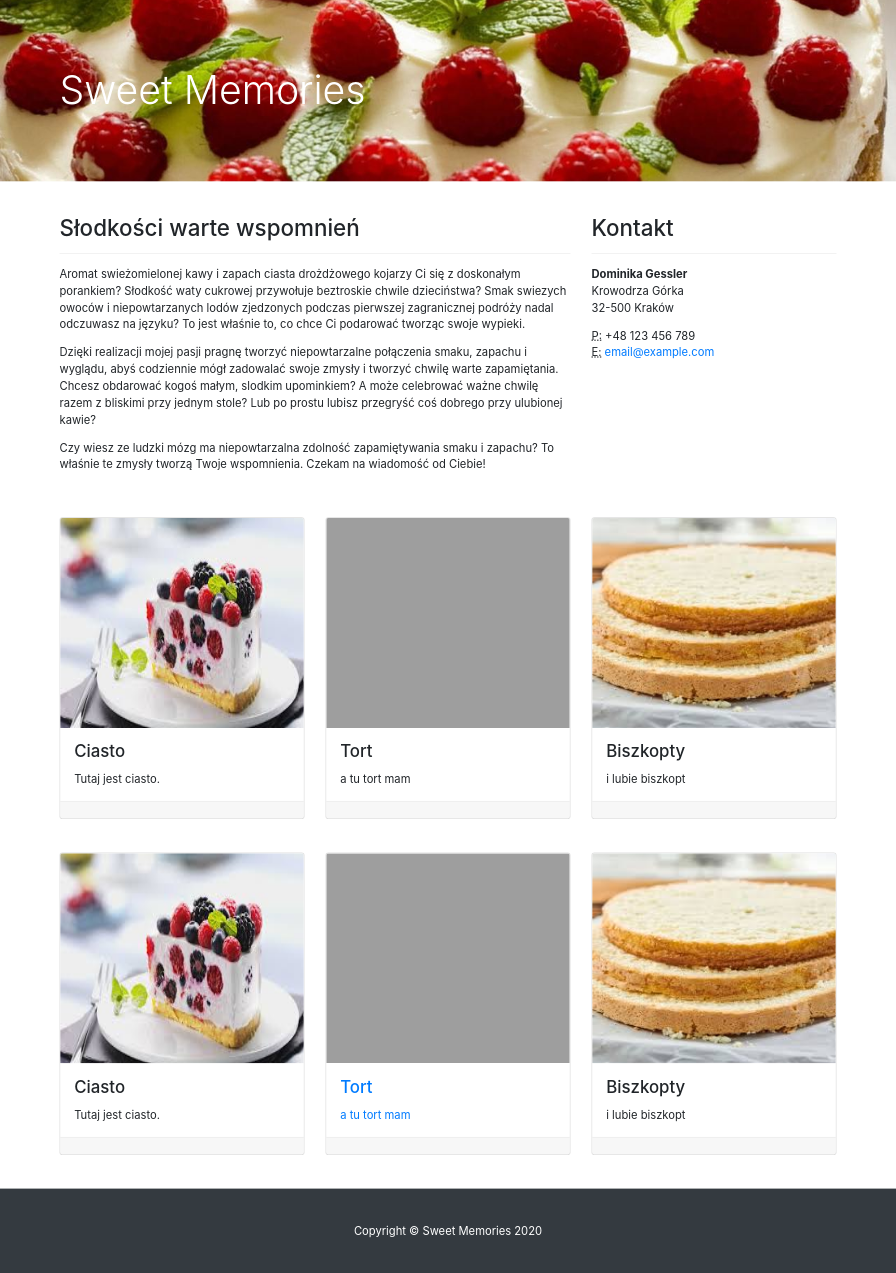
Repository: dominika260c/sweet_memories
Page: index.html
These files come from the project's save history. The page is drawn as it stood at one moment and after the next save; the edit follows.
The browser window is 1280 px wide. The pictures show the whole page, at 70% of full size.
Pictures or frames that could not be fetched are drawn as grey boxes.

Above is the page before, as saved 2020-07-02 16:19:43.

### index.html
<!DOCTYPE html>
<html lang="en">
  <head>
    <!-- Required meta tags -->
    <meta charset="utf-8" />
    <meta
      name="viewport"
      content="width=device-width, initial-scale=1, shrink-to-fit=no"
    />

    <!-- Bootstrap CSS -->
    <link
      rel="stylesheet"
      href="https://stackpath.bootstrapcdn.com/bootstrap/4.5.0/css/bootstrap.min.css"
      integrity="sha384-9aIt2nRpC12Uk9gS9baDl411NQApFmC26EwAOH8WgZl5MYYxFfc+NcPb1dKGj7Sk"
      crossorigin="anonymous"
    />
    <link rel="stylesheet" href="./style.css" />

    <title>Sweet Memories</title>
  </head>
  <body>
    <!-- Navigation -->
    <!-- <nav class="navbar navbar-expand-lg navbar-dark bg-dark fixed-top">
      <div class="container">
        <a class="navbar-brand" href="#">Start Bootstrap</a>
        <button
          class="navbar-toggler"
          type="button"
          data-toggle="collapse"
          data-target="#navbarResponsive"
          aria-controls="navbarResponsive"
          aria-expanded="false"
          aria-label="Toggle navigation"
        >
          <span class="navbar-toggler-icon"></span>
        </button>
        <div class="collapse navbar-collapse" id="navbarResponsive">
          <ul class="navbar-nav ml-auto">
            <li class="nav-item active">
              <a class="nav-link" href="#"
                >Home
                <span class="sr-only">(current)</span>
              </a>
            </li>
            <li class="nav-item">
              <a class="nav-link" href="#">About</a>
            </li>
            <li class="nav-item">
              <a class="nav-link" href="#">Services</a>
            </li>
            <li class="nav-item">
              <a class="nav-link" href="#">Contact</a>
            </li>
          </ul>
        </div>
      </div>
    </nav> -->

    <!-- Header -->
    <!-- <h1>&nbsp</h1> -->
    <header class="bg-primary py-5 mb-5 coverclass">
      <div class="container h-100">
        <div class="row h-100 align-items-center">
          <div class="col-lg-12">
            <h1 class="display-4 text-white mt-5 mb-2">
              Sweet Memories
            </h1>
            <p class="lead mb-5 text-white-50"></p>
          </div>
        </div>
      </div>
    </header>

    <!-- Page Content -->
    <div class="container">
      <div class="row">
        <div class="col-md-8 mb-5">
          <h2>Słodkości warte wspomnień</h2>
          <hr />
          <p></p>
          <p>
            Aromat swieżomielonej kawy i zapach ciasta drożdżowego kojarzy Ci
            się z doskonałym porankiem? Słodkość waty cukrowej przywołuje
            beztroskie chwile dzieciństwa? Smak swiezych owoców i
            niepowtarzanych lodów zjedzonych podczas pierwszej zagranicznej
            podróży nadal odczuwasz na języku? To jest właśnie to, co chce Ci
            podarować tworząc swoje wypieki.
          </p>
          <p>
            Dzięki realizacji mojej pasji pragnę tworzyć niepowtarzalne
            połączenia smaku, zapachu i wyglądu, abyś codziennie mógł zadowalać
            swoje zmysły i tworzyć chwilę warte zapamiętania. Chcesz obdarować
            kogoś małym, slodkim upominkiem? A może celebrować ważne chwilę
            razem z bliskimi przy jednym stole? Lub po prostu lubisz przegryść
            coś dobrego przy ulubionej kawie?
          </p>
          <p>
            Czy wiesz ze ludzki mózg ma niepowtarzalna zdolność zapamiętywania
            smaku i zapachu? To właśnie te zmysły tworzą Twoje wspomnienia.
            Czekam na wiadomość od Ciebie!
          </p>
          <!-- <a class="btn btn-primary btn-lg" href="#">Call to Action &raquo;</a> -->
        </div>
        <div class="col-md-4 mb-5">
          <h2>Kontakt</h2>
          <hr />
          <address>
            <strong>Dominika Gessler</strong>
            <br />Krowodrza Górka <br />
            32-500 Kraków
            <br />
          </address>
          <address>
            <abbr title="Phone">P:</abbr>
            +48 123 456 789
            <br />
            <abbr title="Email">E:</abbr>
            <a href="mailto:#">email@example.com</a>
          </address>
        </div>
      </div>
      <!-- /.row -->

      <div class="row">
        <div class="col-md-4 mb-5">
          <div class="card h-100">
            <img
              class="card-img-top"
              src="data:[embedded picture, 10383 characters]"
              alt=""
            />
            <div class="card-body">
              <h4 class="card-title">Ciasto</h4>
              <p class="card-text">
                Tutaj jest ciasto.
              </p>
            </div>
            <div class="card-footer">
              <!-- <a href="#" class="btn btn-primary">Find Out More!</a> -->
            </div>
          </div>
        </div>

        <div class="col-md-4 mb-5">
          <div class="card h-100">
            <img
              class="card-img-top"
              src="https://images.pexels.com/photos/291528/pexels-photo-291528.jpeg?auto=compress&cs=tinysrgb&dpr=1&w=500"
              alt=""
            />
            <div class="card-body">
              <h4 class="card-title">Tort</h4>
              <p class="card-text">
                a tu tort mam
              </p>
            </div>
            <div class="card-footer">
              <!-- <a href="#" class="btn btn-primary">Find Out More!</a> -->
            </div>
          </div>
        </div>
        <div class="col-md-4 mb-5">
          <div class="card h-100">
            <img
              class="card-img-top"
              src="data:[embedded picture, 10711 characters]"
              alt=""
            />
            <div class="card-body">
              <h4 class="card-title">Biszkopty</h4>
              <p class="card-text">
                i lubie biszkopt
              </p>
            </div>
            <div class="card-footer">
              <!-- <a href="#" class="btn btn-primary">Find Out More!</a> -->
            </div>
          </div>
        </div>
      </div>
      <!-- /.row -->
      <div class="row">
        <div class="col-md-4 mb-5">
          <div class="card h-100">
            <img
              class="card-img-top"
              src="data:[embedded picture, 10383 characters]"
              alt=""
            />
            <div class="card-body">
              <h4 class="card-title">Ciasto</h4>
              <p class="card-text">
                Tutaj jest ciasto.
              </p>
            </div>
            <div class="card-footer">
              <!-- <a href="#" class="btn btn-primary">Find Out More!</a> -->
            </div>
          </div>
        </div>

        <div class="col-md-4 mb-5">
          <a href="#">
            <div class="card h-100">
              <img
                class="card-img-top"
                src="https://images.pexels.com/photos/291528/pexels-photo-291528.jpeg?auto=compress&cs=tinysrgb&dpr=1&w=500"
                alt=""
              />

              <div class="card-body">
                <h4 class="card-title">Tort</h4>
                <p class="card-text">
                  a tu tort mam
                </p>
              </div>
              <div class="card-footer">
                <!-- <a href="#" class="btn btn-primary">Find Out More!</a> -->
              </div>
            </div>
          </a>
        </div>

        <div class="col-md-4 mb-5">
          <div class="card h-100">
            <img
              class="card-img-top"
              src="data:[embedded picture, 10711 characters]"
              alt=""
            />
            <div class="card-body">
              <h4 class="card-title">Biszkopty</h4>
              <p class="card-text">
                i lubie biszkopt
              </p>
            </div>
            <div class="card-footer">
              <!-- <a href="#" class="btn btn-primary">Find Out More!</a> -->
            </div>
          </div>
        </div>
      </div>
    </div>
    <!-- /.container -->

    <!-- Footer -->
    <footer class="py-5 bg-dark">
      <div class="container">
        <p class="m-0 text-center text-white">
          Copyright &copy; Sweet Memories 2020
        </p>
      </div>
      <!-- /.container -->
    </footer>

    <!-- Optional JavaScript -->
    <!-- jQuery first, then Popper.js, then Bootstrap JS -->
    <script
      src="https://code.jquery.com/jquery-3.5.1.slim.min.js"
      integrity="sha384-DfXdz2htPH0lsSSs5nCTpuj/zy4C+OGpamoFVy38MVBnE+IbbVYUew+OrCXaRkfj"
      crossorigin="anonymous"
    ></script>
    <script
      src="https://cdn.jsdelivr.net/npm/popper.js@1.16.0/dist/umd/popper.min.js"
      integrity="sha384-Q6E9RHvbIyZFJoft+2mJbHaEWldlvI9IOYy5n3zV9zzTtmI3UksdQRVvoxMfooAo"
      crossorigin="anonymous"
    ></script>
    <script
      src="https://stackpath.bootstrapcdn.com/bootstrap/4.5.0/js/bootstrap.min.js"
      integrity="sha384-OgVRvuATP1z7JjHLkuOU7Xw704+h835Lr+6QL9UvYjZE3Ipu6Tp75j7Bh/kR0JKI"
      crossorigin="anonymous"
    ></script>
  </body>
</html>

### style.css
.coverclass {
  background-image: url(./img/ciasto1.jpg);
  background-position: center;
}

.card-img-top {
  height: 300px;
}

After the next save:
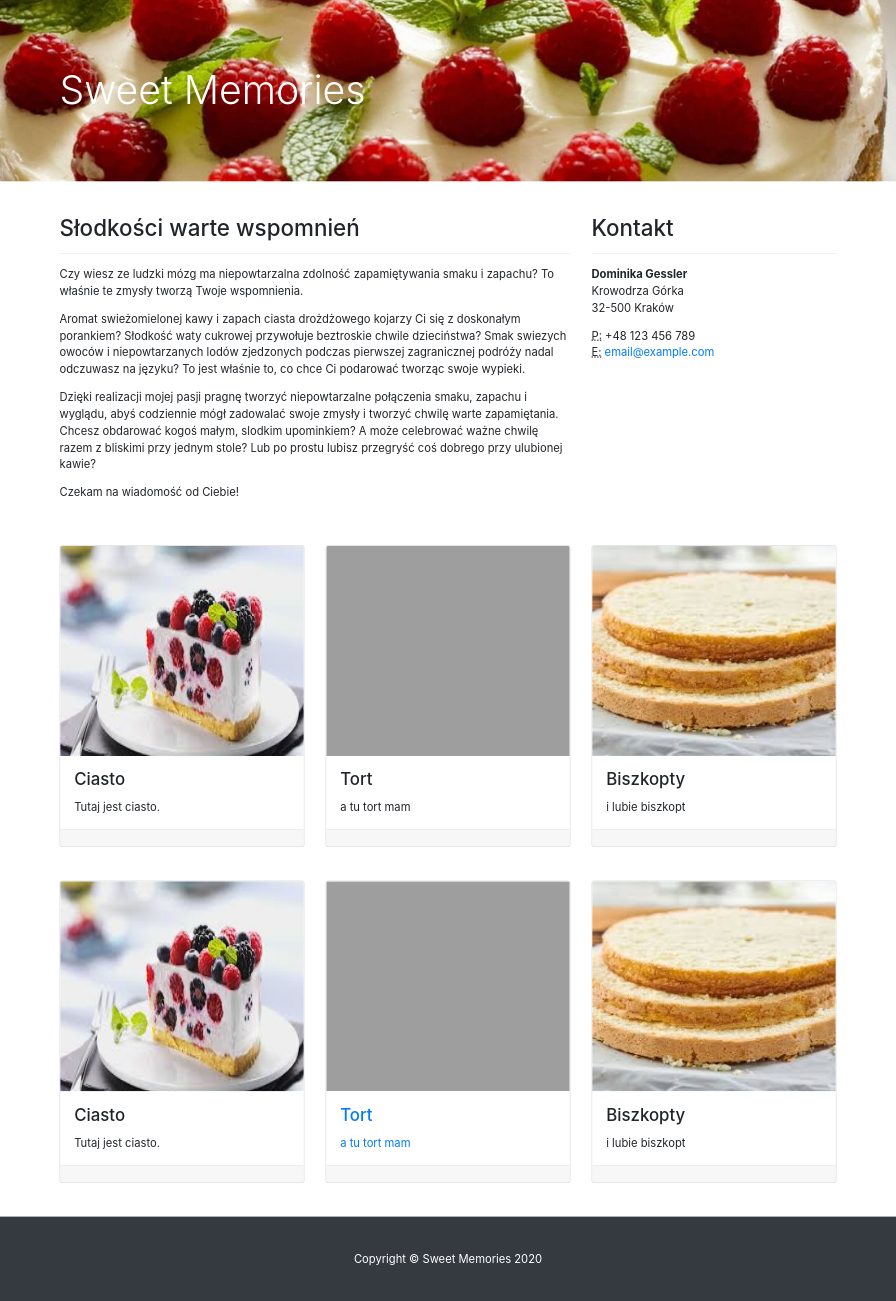
Saved 9 s later.
--- a/index.html
+++ b/index.html
@@ -78,7 +78,10 @@
         <div class="col-md-8 mb-5">
           <h2>Słodkości warte wspomnień</h2>
           <hr />
-          <p></p>
+          <p>
+            Czy wiesz ze ludzki mózg ma niepowtarzalna zdolność zapamiętywania
+            smaku i zapachu? To właśnie te zmysły tworzą Twoje wspomnienia.
+          </p>
           <p>
             Aromat swieżomielonej kawy i zapach ciasta drożdżowego kojarzy Ci
             się z doskonałym porankiem? Słodkość waty cukrowej przywołuje
@@ -96,8 +99,6 @@
             coś dobrego przy ulubionej kawie?
           </p>
           <p>
-            Czy wiesz ze ludzki mózg ma niepowtarzalna zdolność zapamiętywania
-            smaku i zapachu? To właśnie te zmysły tworzą Twoje wspomnienia.
             Czekam na wiadomość od Ciebie!
           </p>
           <!-- <a class="btn btn-primary btn-lg" href="#">Call to Action &raquo;</a> -->
